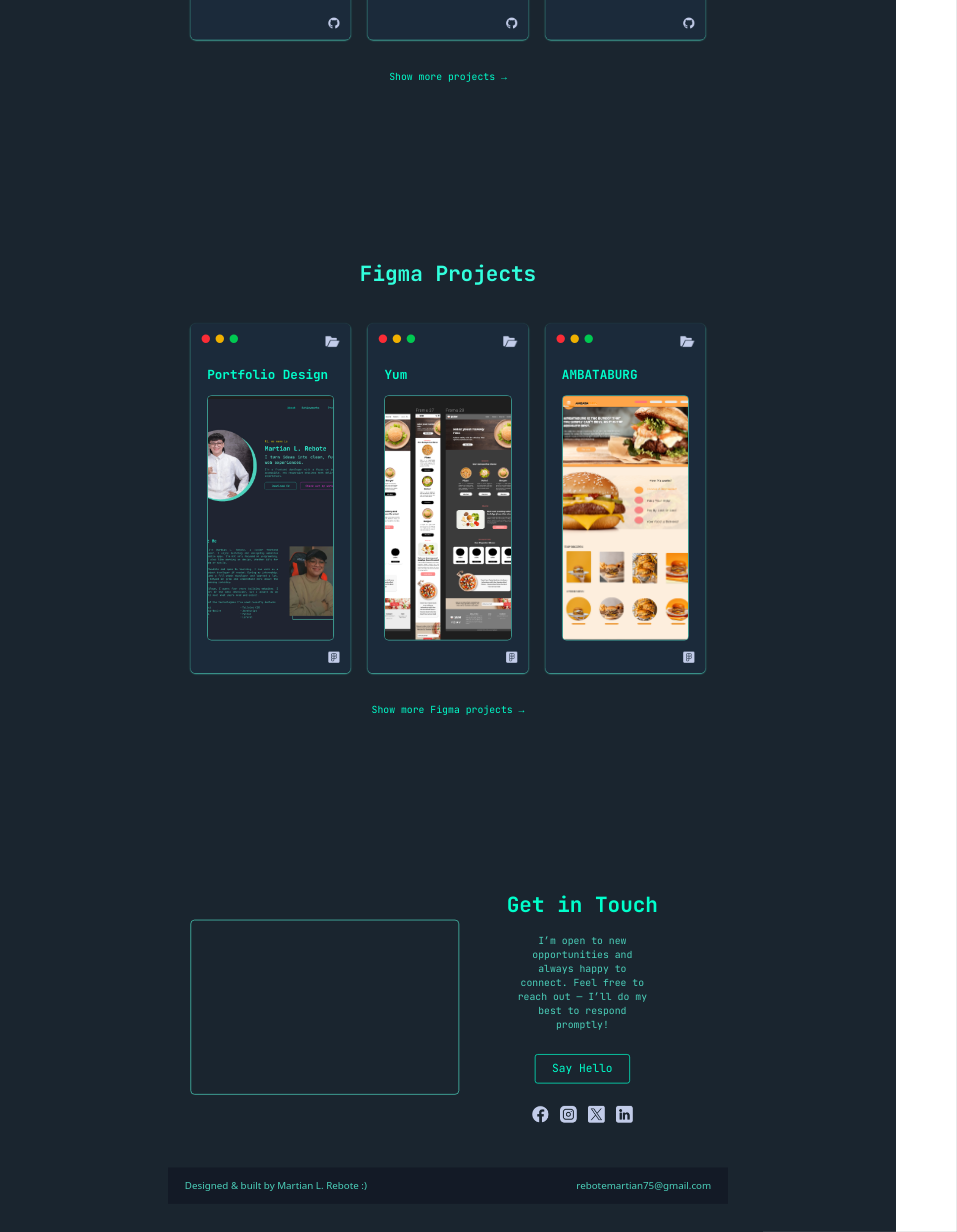
Repository: m4rsu-code/Portfolio
Page: / (app in my-portfolio/)
The author's editor kept a copy of each file at every save. The page is drawn from the files as they stood at one save, then again after the next save.
The browser window is 1280 px wide. The page is 1367 px wide, so the pictures cover 1367 px, including what lies to the right of the window. The pictures show the part of the page from y = 3327 to 5087 px (the page is 5087 px tall), at 70% of full size.
The project was rebuilt for these pictures with package versions that can differ from the ones it lists, and the page was loaded fresh each time. Also part of the build but not shown: my-portfolio/vite.config.js, my-portfolio/src/assets/components/Modal/AchievementModal.jsx, my-portfolio/src/AchievementsPage.jsx, my-portfolio/src/ProjectPage.jsx, my-portfolio/src/FigmaProjectsPage.jsx.

Above is the page before, as saved 2025-08-04 18:29:31.

After the next save:
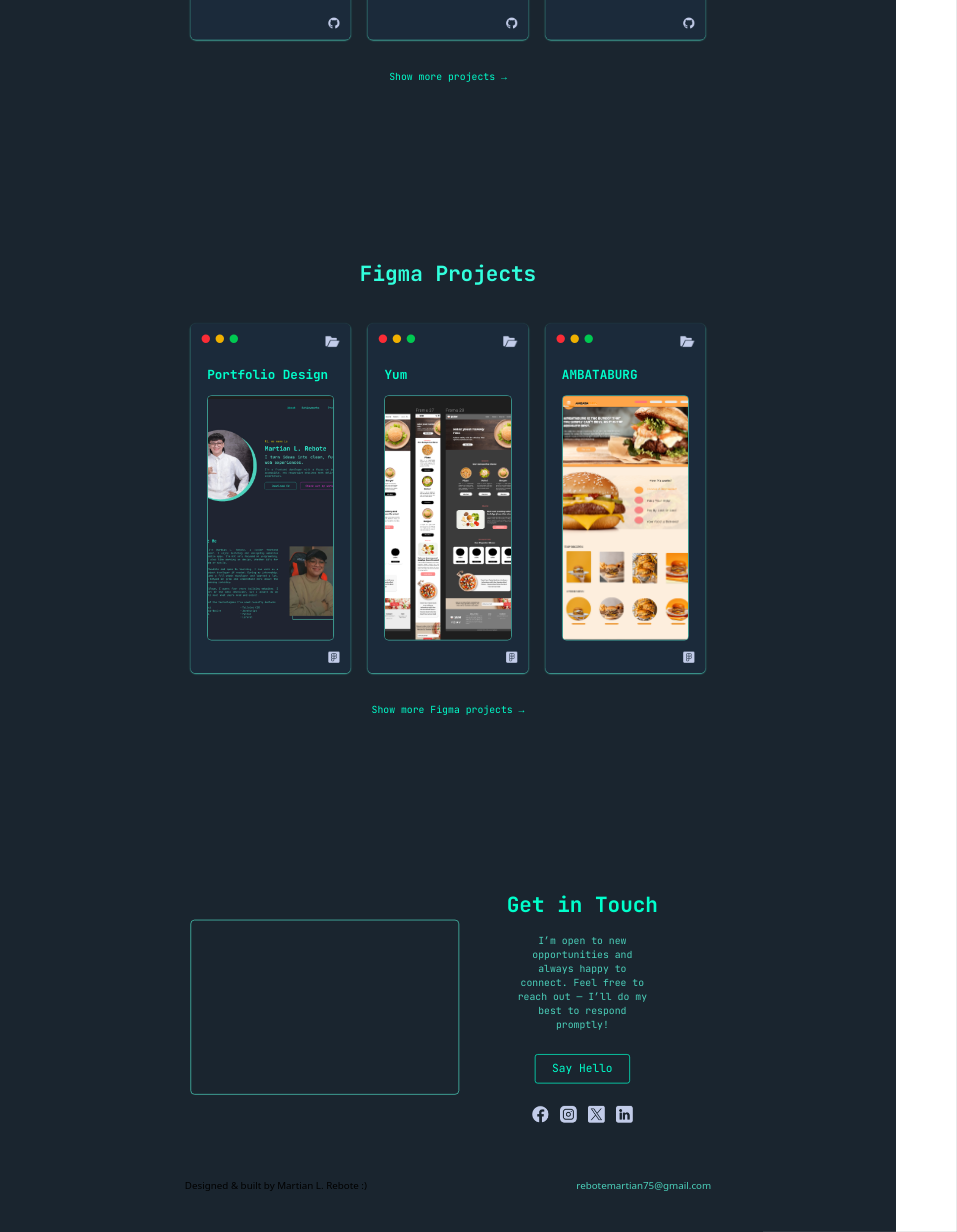
Saved 13 s later.
--- a/my-portfolio/src/App.jsx
+++ b/my-portfolio/src/App.jsx
@@ -368,12 +368,13 @@
         </div>
 
         {/* Footer */}
-        <footer className="bg-[#131A26] text-[#4CD2BC] text-sm py-4 flex items-center justify-between px-6">
+        <footer className="text-sm py-4 flex items-center justify-between px-6">
           <span>Designed & built by Martian L. Rebote :)</span>
           <a href="mailto:rebotemartian75@gmail.com" className="text-[#4CD2BC] hover:underline">
             rebotemartian75@gmail.com
           </a>
         </footer>
+
         {/* Modal */}
         {isModalOpen && selectedAchievement && (
           <AchievementModal

After the save that followed:
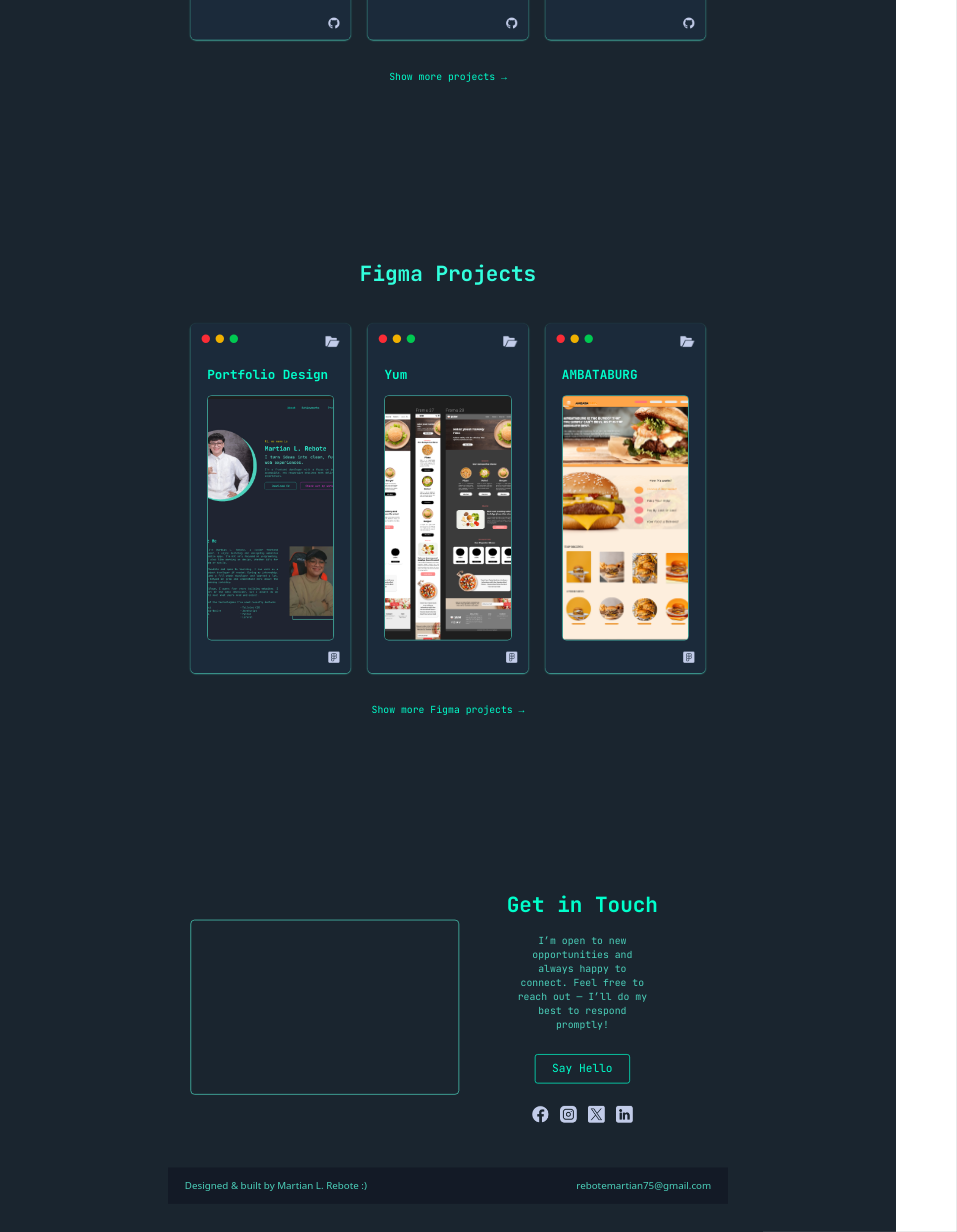
Saved 4 s later.
--- a/my-portfolio/src/App.jsx
+++ b/my-portfolio/src/App.jsx
@@ -368,7 +368,7 @@
         </div>
 
         {/* Footer */}
-        <footer className="text-sm py-4 flex items-center justify-between px-6">
+        <footer className="bg-[#131A26] text-[#4CD2BC] text-sm py-4 flex items-center justify-between px-6">
           <span>Designed & built by Martian L. Rebote :)</span>
           <a href="mailto:rebotemartian75@gmail.com" className="text-[#4CD2BC] hover:underline">
             rebotemartian75@gmail.com
